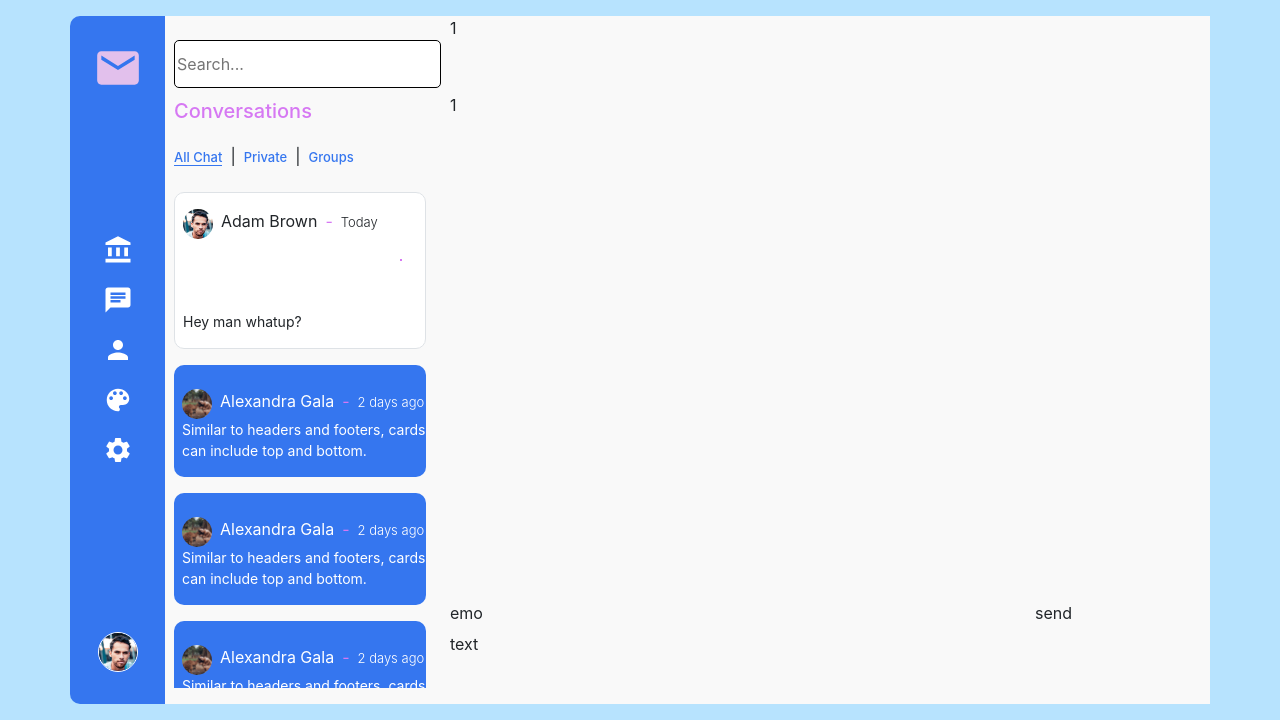
Repository: arafat877/super-chat
Page: /
An editor plug-in stored every save of this project. The page is shown before and after the next save, followed by the edit.
The browser window is 1280 px wide. The pictures show the whole page.
The project was rebuilt for these pictures with package versions that can differ from the ones it lists, and the page was loaded fresh each time.

Above is the page before, as saved 2020-08-07 01:06:40.

### public/index.html
<!DOCTYPE html>
<html lang="en">
  <head>
    <meta charset="utf-8" />
    <meta name="viewport" content="width=device-width, initial-scale=1" />
    <meta name="theme-color" content="#000000" />
    <meta
      name="description"
      content="Chat application with node.js, express, react.js, mongoDb and socket.io"
    />
    <link rel="stylesheet" href="styles.css" />
    <link
      rel="stylesheet"
      href="https://maxcdn.bootstrapcdn.com/bootstrap/4.5.0/css/bootstrap.min.css"
      integrity="sha384-9aIt2nRpC12Uk9gS9baDl411NQApFmC26EwAOH8WgZl5MYYxFfc+NcPb1dKGj7Sk"
      crossorigin="anonymous"
    />
    <link
      href="https://fonts.googleapis.com/css2?family=Roboto:wght@100;300;400;500;700;900&display=swap"
      rel="stylesheet"
    />

    <title>Super Chat</title>
  </head>
  <body>
    <noscript>You need to enable JavaScript to run this app.</noscript>
    <div id="root"></div>
  </body>
</html>

### src/App.js
import React from "react";
import "./App.scss";
import {
  Email,
  Chat,
  Person,
  Settings,
  Palette,
  AccountBalance,
} from "@material-ui/icons";

import { Avatar } from '@material-ui/core';
import { AvatarGroup } from "@material-ui/lab";

function App() {
  return (
    <div className="appContainer vh-100 d-flex">
      <div className="container mt-3 mb-3 appWrapper">
        <div className="row h-100">
          <div className="col-1 d-none d-sm-none d-md-block container h-100 firstCol">
            <div className="row logoRow justify-content-center">
              <Email className="m-auto logo" />
            </div>
            <div className="row menuRow">
              <ul className="menuList m-auto p-0">
                <li className="menuItem">
                  <AccountBalance className="menuItemIcon" />
                </li>
                <li className="menuItem">
                  <Chat className="menuItemIcon" />
                </li>
                <li className="menuItem">
                  <Person className="menuItemIcon" />
                </li>
                <li className="menuItem">
                  <Palette className="menuItemIcon" />
                </li>
                <li className="menuItem">
                  <Settings className="menuItemIcon" />
                </li>
              </ul>
            </div>
            <div className="row photoRow justify-content-center">
              <img
                className="m-auto profilePhoto"
                src={require("./assets/m1.jpeg")}
                alt="profile"
              />
            </div>
          </div>
          <div className="col-3 container h-100 secondCol p-4">
            <div className="row searchRow">
              <input className="searchInput" placeholder="Search..." />
            </div>
            <div className="row convRow mt-2">
              <span className="convSpan">Conversations</span>
            </div>
            <div className="row selectRow">
              <ul className="selectionList p-0">
                <li
                  className="selectionListItem d-inline mr-2"
                  style={{ borderBottom: "solid 0.05px #3576ef" }}
                >
                  All Chat
                </li>
                |
                <li className="selectionListItem d-inline mr-2 ml-2">
                  Private
                </li>
                |
                <li className="selectionListItem d-inline mr-2 ml-2">Groups</li>
              </ul>
            </div>
            <div className="row groupsRow">
              <div className="container">
                <div className="row convCard pt-3 pb-3 pl-2 mt-3">
                  <img
                    className="userProfilePicture"
                    src={require("./assets/m1.jpeg")}
                    alt="User Profile"
                  />
                  <span className="userName ml-2">Adam Brown</span>
                  <span className="dash ml-2">-</span>
                  <span className="chatDate ml-2 mt-1">Today</span>
                  <hr className="hr"></hr>
                  <span className="text">Hey man whatup?</span>
                </div>

                <div className="row convCardHot pt-4 pb-3 pl-2 mt-3">
                  <img
                    className="userProfilePicture"
                    src={require("./assets/f1.jpeg")}
                    alt="User Profile"
                  />
                  <span className="userName ml-2">Alexandra Gala</span>
                  <span className="dash ml-2">-</span>
                  <span className="chatDate ml-2 mt-1">2 days ago</span>
                  <hr className="hr"></hr>
                  <span className="text">
                    Similar to headers and footers, cards can include top and
                    bottom.
                  </span>
                </div>

                <div className="row convCardHot pt-4 pb-3 pl-2 mt-3">
                  <img
                    className="userProfilePicture"
                    src={require("./assets/f1.jpeg")}
                    alt="User Profile"
                  />
                  <span className="userName ml-2">Alexandra Gala</span>
                  <span className="dash ml-2">-</span>
                  <span className="chatDate ml-2 mt-1">2 days ago</span>
                  <hr className="hr"></hr>
                  <span className="text">
                    Similar to headers and footers, cards can include top and
                    bottom.
                  </span>
                </div>

                <div className="row convCardHot pt-4 pb-3 pl-2 mt-3">
                  <img
                    className="userProfilePicture"
                    src={require("./assets/f1.jpeg")}
                    alt="User Profile"
                  />
                  <span className="userName ml-2">Alexandra Gala</span>
                  <span className="dash ml-2">-</span>
                  <span className="chatDate ml-2 mt-1">2 days ago</span>
                  <hr className="hr"></hr>
                  <span className="text">
                    Similar to headers and footers, cards can include top and
                    bottom.
                  </span>
                </div>

                <div className="row convCardGroup pt-3 pb-3 pl-2 mt-3">
                  <img
                    className="userProfilePicture"
                    src={require("./assets/g1.jpeg")}
                    alt="User Profile"
                  />
                  <span className="userName ml-2">3 Idiots</span>
                  <span className="dash ml-2">-</span>
                  <span className="chatDate ml-2 mt-1">2 days ago</span>
                  <hr className="hr"></hr>
                  <span className="text">
                    You can use the border property to style a hr element.
                  </span>
                  <hr></hr>
                  <AvatarGroup max={3} className="mr-4">
                    <Avatar
                      alt="Remy Sharp"
                      className="avatar"
                      src={require("./assets/m1.jpeg")}
                    />
                    <Avatar
                      alt="Travis Howard"
                      className="avatar"
                      src={require("./assets/f1.jpeg")}
                    />
                    <Avatar
                      alt="Cindy Baker"
                      className="avatar"
                      src={require("./assets/g1.jpeg")}
                    />
                  </AvatarGroup>
                </div>
              </div>
            </div>
          </div>
          <div className="col-8 container h-100 thirdCol">
            <div className="row chatInfo">1</div>
            <div className="row chatMessages">1</div>
            <div className="row chatInput">
              <div className="col-md-9 container">
                <div className="row inputEmoji">emo</div>
                <div className="row inputText">text</div>
              </div>
              <div className="col-md-3">send</div>
            </div>
          </div>
        </div>
      </div>
    </div>
  );
}

export default App;

### src/App.scss
.appContainer {
  background-color: #b7e3fe;

  .appWrapper {
    background-color: #3576ef;
    border-radius: 10px;

    .firstCol {
      .logoRow {
        height: 15%;

        .logo {
          font-size: 50px;
          color: rgb(226, 192, 236);
        }
      }
      .menuRow {
        height: 70%;

        .menuList {
          list-style: none;

          .menuItem {
            margin-bottom: 20px;

            .menuItemIcon {
              font-size: 30px;
              color: white;
            }
          }
        }
      }
      .photoRow {
        height: 15%;

        .profilePhoto {
          height: 40px;
          width: 40px;
          border: solid thin white;
          border-radius: 50%;
          object-fit: cover;
        }
      }
    }

    .secondCol {
      background-color: #f9f9f9;

      .searchRow {
        height: 7.5%;

        .searchInput {
          width: 100%;
          border: solid 0.5px;
          background-color: white;
          border-radius: 5px;

          &:focus {
            outline: none;
          }
        }
      }

      .convRow {
        height: 7.5%;

        .convSpan {
          font-weight: 500;
          font-size: 20px;
          color: rgb(214, 120, 243);
        }
      }
      .selectRow {
        height: 5%;

        .selectionList {
          list-style: none;

          .selectionListItem {
            font-weight: 500;
            font-size: 13px;
            color: #3576ef;
          }
        }
      }

      ::-webkit-scrollbar {
        width: 5px;
        height: 5px;
      }

      ::-webkit-scrollbar-track {
        background: white; /* color of the tracking area */
      }

      ::-webkit-scrollbar-thumb {
        background-color: #b5caf0; /* color of the scroll thumb */
        border-radius: 5px; /* roundness of the scroll thumb */
      }

      .groupsRow {
        height: 80%;
        overflow-y: scroll;

        .convCard {
          background-color: white;
          border: solid 0.5px #dee2e6;
          border-radius: 10px;
          margin-right: 0;

          .userProfilePicture {
            height: 30px;
            width: 30px;
            border-radius: 50%;
            object-fit: cover;
          }

          .userName {
            // color: white;
          }

          .dash {
            color: rgb(214, 120, 243);
          }

          .chatDate {
            // color: white;
            font-size: 13px;
            font-weight: 300;
          }

          .hr {
            border: solid 1px;
            border-color: rgb(214, 120, 243);
            margin-top: 50px;
            margin-bottom: 50px;
          }

          .text {
            // color: white;
            font-size: 14px;
          }
        }

        .convCardHot {
          background-color: #3576ef;
          border-radius: 10px;
          margin-right: 0;

          .userProfilePicture {
            height: 30px;
            width: 30px;
            border-radius: 50%;
            object-fit: cover;
          }

          .userName {
            color: white;
          }

          .dash {
            color: rgb(214, 120, 243);
          }

          .chatDate {
            color: white;
            font-size: 13px;
            font-weight: 300;
          }

          .hr {
            border-color: rgb(214, 120, 243);
            margin-bottom: 5px;
          }

          .text {
            color: white;
            font-size: 14px;
          }
        }

        .convCardGroup {
          background-color: rgb(214, 120, 243);
          border-radius: 10px;
          margin-right: 0;

          .userProfilePicture {
            height: 30px;
            width: 30px;
            border-radius: 50%;
            object-fit: cover;
          }

          .userName {
            color: white;
          }

          .dash {
            color: white;
          }

          .chatDate {
            color: white;
            font-size: 13px;
            font-weight: 300;
          }

          .hr {
            border-color: rgb(214, 120, 243);
            margin-bottom: 5px;
          }

          .text {
            color: white;
            font-size: 14px;
          }

          .avatar {
            height: 30px;
            width: 30px;
          }
        }
      }
    }

    .thirdCol {
      background-color: #f9f9f9;

      .chatInfo {
        height: 11.25%;
      }
      .chatMessages {
        height: 73.75%;
      }
      .chatInput {
        height: 15%;

        .inputEmoji {
          height: 30%;
        }
        .inputText {
          height: 70%;
        }
      }
    }
  }
}

Loaded but not shown: src/index.js (common file); public/styles.css (common file)

After the next save:
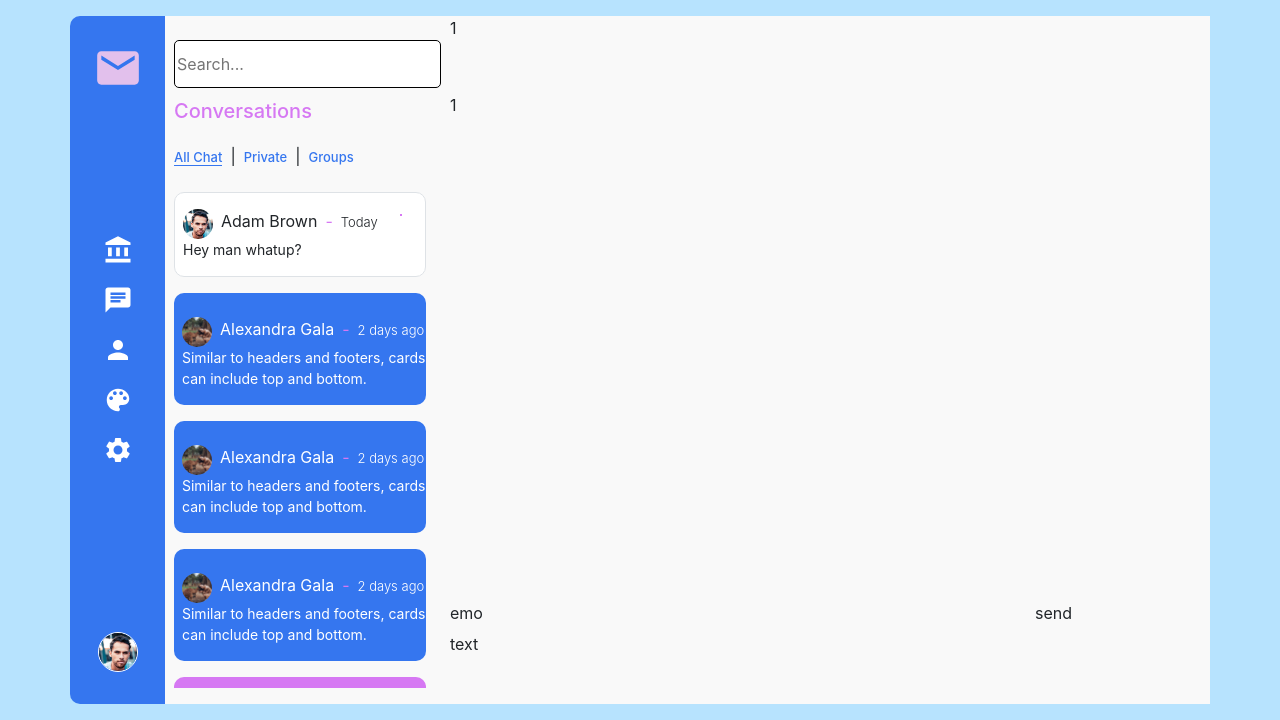
Saved 33 s later.
--- a/src/App.scss
+++ b/src/App.scss
@@ -132,8 +132,8 @@
           .hr {
             border: solid 1px;
             border-color: rgb(214, 120, 243);
-            margin-top: 50px;
-            margin-bottom: 50px;
+            margin-top: 5px;
+            margin-bottom: 5px;
           }
 
           .text {
